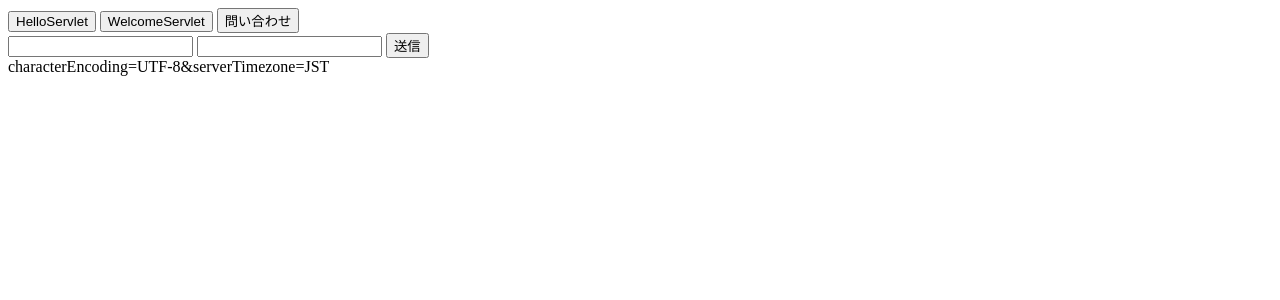
Repository: sinrisjp/test
Page: http://localhost/HelloServlet/
An editor plug-in stored every save of this project. The page is shown before and after the next save, followed by the edit.
The browser window is 1280 px wide. The pictures show the whole page.
The page is served by Tomcat 9. Other server files are loaded and not shown.

Above is the page before, as saved 2018-10-26 10:57:31.

### HelloServlet/WebContent/index.jsp
<%@ page language="java" contentType="text/html; charset=UTF-8"
    pageEncoding="UTF-8"%>
<!DOCTYPE html>
<html>
<head>
<meta charset="UTF-8">
<title>HelloServlet</title>
</head>
<body>
<input type="button" value="HelloServlet" onClick="location.href='HelloServlet'">
<input type="button" value="WelcomeServlet" onClick="location.href='welcome.jsp'">
<input type="button" value="問い合わせ" onClick="location.href='inquiry.jsp'">

<form method="get" action="TestServlet">
<input type="text" name="username">
<input type="password" name="password">
<input type="submit" value="送信">
</form>

<form method="post" action="TestServlet">
characterEncoding=UTF-8&serverTimezone=JST
</form>
</body>
</html>

After the next save:
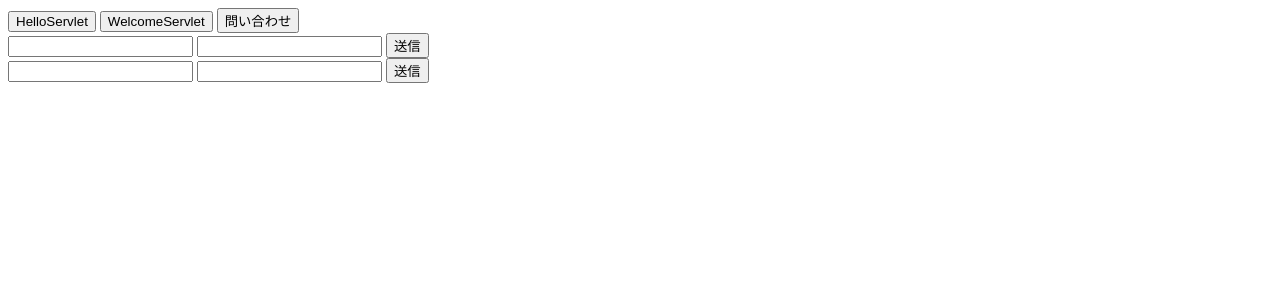
Saved 42 s later.
--- a/HelloServlet/WebContent/index.jsp
+++ b/HelloServlet/WebContent/index.jsp
@@ -18,7 +18,10 @@
 </form>
 
 <form method="post" action="TestServlet">
-characterEncoding=UTF-8&serverTimezone=JST
+<input type="text" name="username">
+<input type="password" name="password">
+<input type="submit" value="送信">
 </form>
+
 </body>
 </html>
